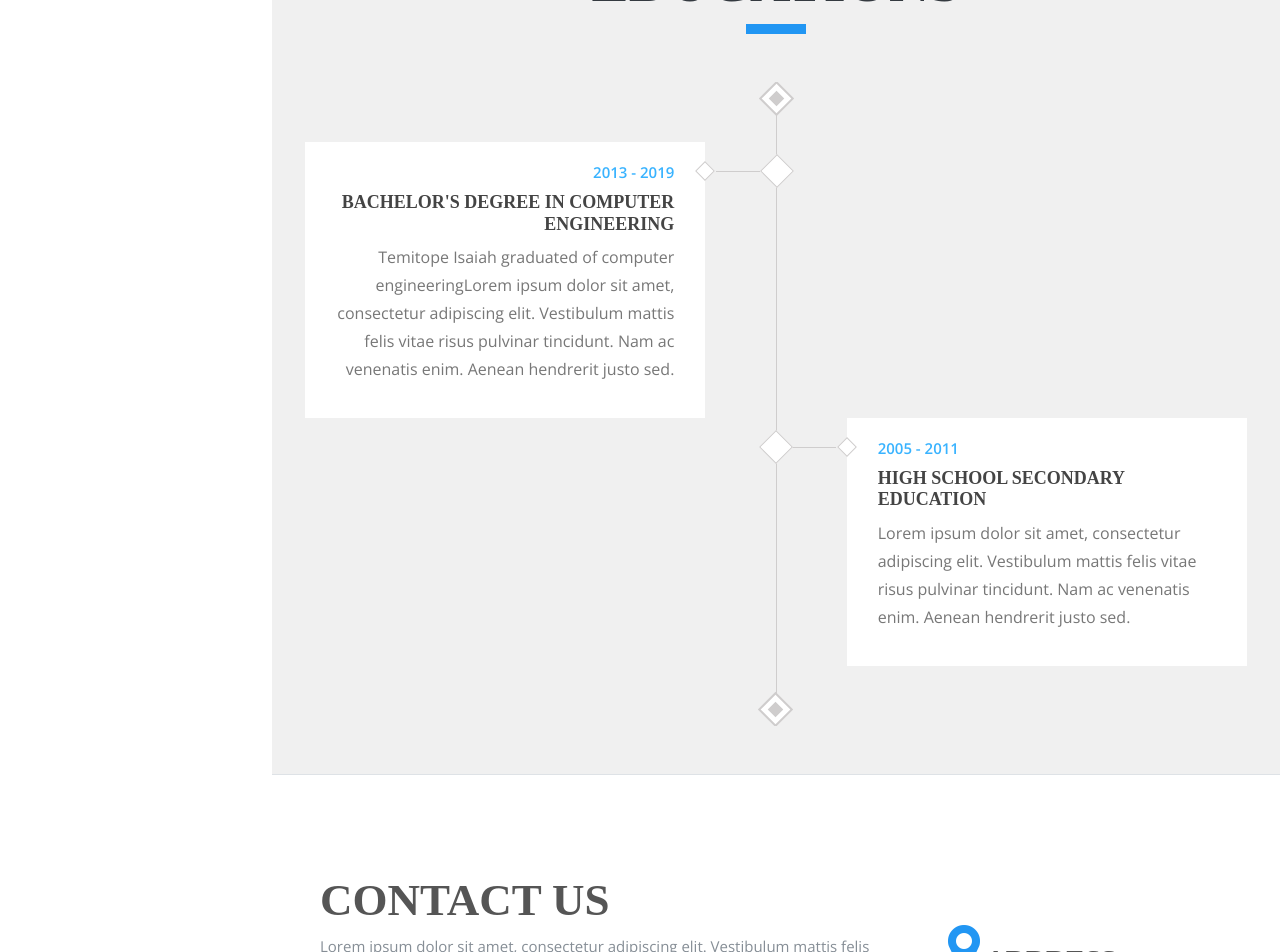
Repository: smit1298/portfolio
Page: index.html
The author's editor kept a copy of each file at every save. The page is drawn from the files as they stood at one save, then again after the next save.
The browser window is 1280 px wide. The pictures show the part of the page from y = 2943 to 3895 px (the page is 5058 px tall before and 5086 px after).
Some web fonts or font styles are not loaded; a fallback is used.

Above is the page before, as saved 2022-06-06 13:28:23.

After the next save:
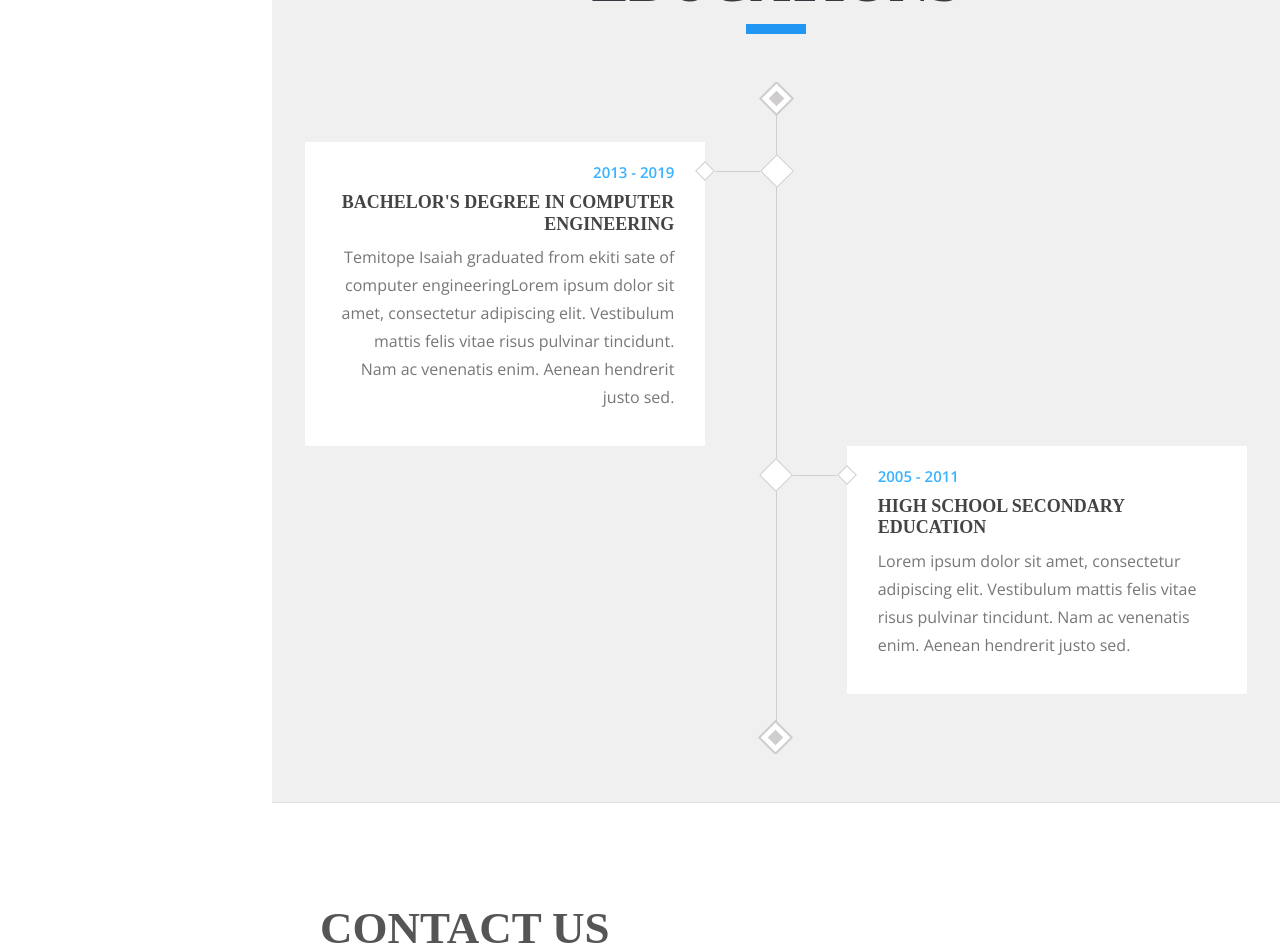
Saved 6 s later.
--- a/index.html
+++ b/index.html
@@ -348,7 +348,7 @@
               <span class="date">2013 - 2019</span>
               <h5 class="title">Bachelor's degree in computer engineering</h5>
               <p class="description">
-                Temitope Isaiah graduated of computer engineeringLorem ipsum dolor sit amet, consectetur adipiscing elit.
+                Temitope Isaiah graduated from ekiti sate  of computer engineeringLorem ipsum dolor sit amet, consectetur adipiscing elit.
                 Vestibulum mattis felis vitae risus pulvinar tincidunt. Nam ac
                 venenatis enim. Aenean hendrerit justo sed.
               </p>
